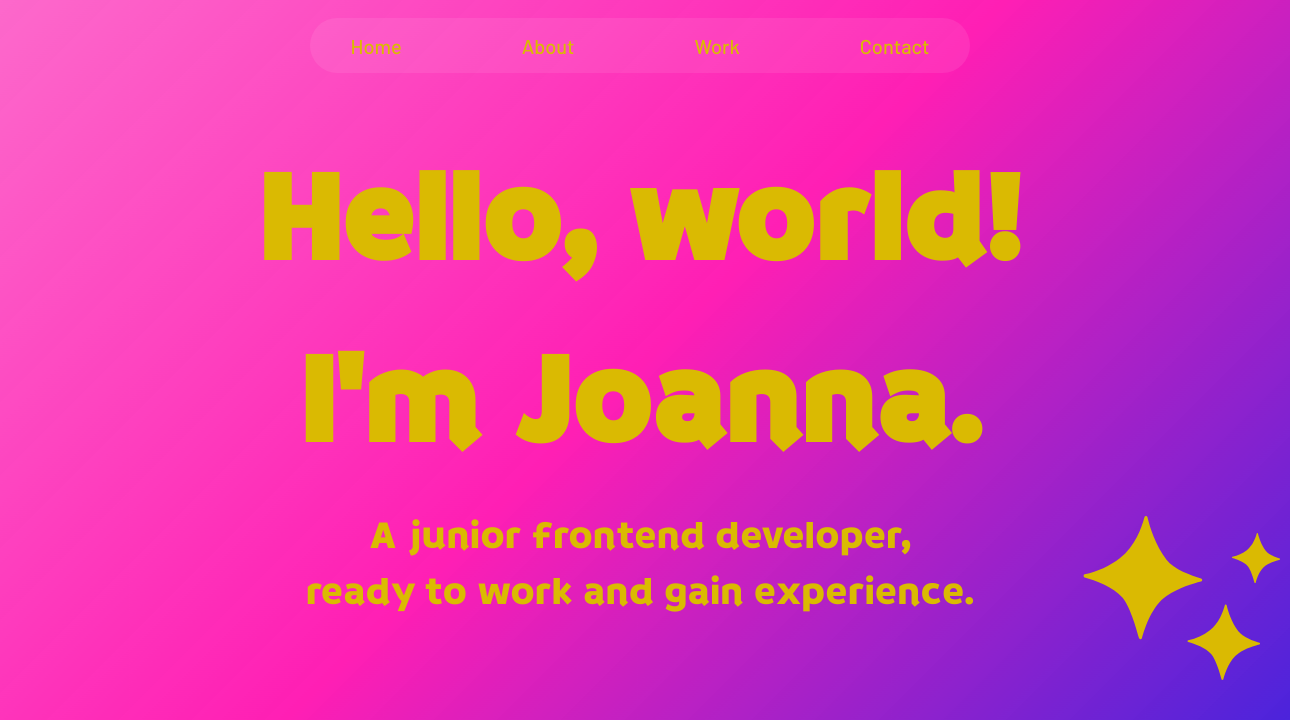
Repository: JJonka/portfolio_site
Page: /
An editor plug-in stored every save of this project. The page is shown before and after the next save, followed by the edit.
The browser window is 1280 px wide. The page is 1290 px wide, then 1280 px, then 1290 px, so the pictures cover 1290 px, including what lies to the right of the window. The pictures show the whole page.
The project was rebuilt for these pictures with package versions that can differ from the ones it lists, and the page was loaded fresh each time. Also part of the build but not shown: vite.config.ts, src/components/EndOfSection.module.scss, src/components/EndOfSection.tsx, src/pages/About.tsx, src/components/LogoIcon.module.scss, src/components/LogoIcon.tsx, src/pages/Contact.tsx, src/pages/Work.module.scss and 1 more.

Above is the page before, as saved 2023-10-08 12:30:35.

### index.html
<!doctype html>
<html lang="en">
  <head>
    <meta charset="UTF-8" />
    <link rel="icon" href="./src/assets/jj_logo.svg">
    <meta name="viewport" content="width=device-width, initial-scale=1.0" />
    <title>Joanna Jurasz - software developer</title>
  </head>
  <body>
    <div id="root"></div>
    <script type="module" src="/src/index.tsx"></script>
  </body>
</html>

### src/index.tsx
import React from 'react';
import ReactDOM from 'react-dom/client';
import App from './App';
import { BrowserRouter } from 'react-router-dom';


const root = ReactDOM.createRoot( document.getElementById('root') as HTMLElement);

root.render(
  <BrowserRouter>
    <App />
  </BrowserRouter>
);

### src/App.tsx
import { Routes, Route } from 'react-router-dom';
import HomePage from './pages/HomePage';
import About from './pages/About';
import Contact from './pages/Contact';
import Work from './pages/Work';
import './App.css'


const App = () => {
    return (
      <div>
      <div className='mainBackground' />
      <div className='layer1' />
      <div className='layer2' />

      <Routes>
        <Route path='/' element={ <HomePage /> } />
        <Route path='/about' element={ <About /> } />
        <Route path='/work' element={ <Work /> } />
        <Route path='/contact' element={ <Contact /> }/>
      </Routes>
      </div>
    )
}

export default App;

### src/pages/HomePage.tsx
import Menu from "../components/Menu";
import styles from "./HomePage.module.scss"

const  HomePage = () => {
    return (
      <div className={styles.card}>

        <div className={styles.container}>
        <Menu></Menu>

          <h1 className={styles.header}>Hello, world!<br />I'm Joanna.</h1>
          <h2 className={styles.introduction}>A junior frontend developer, <br />ready to work and gain experience.</h2>
          <img src="..\src\assets\stars.svg" className={styles.imgBottom}></img>
        </div>
      </div>
    )
}

export default HomePage;

### src/App.css
@font-face {
  font-family: 'Barlow-Light';
  src: url(/fonts/Barlow-Light.ttf);
}

@font-face {
	font-family: 'Barlow-Regular' ;
	src: url(/fonts/Barlow-Regular.ttf);
}

body {
	display: flex;
	flex-direction: column;
    align-items: center;
    font-family: 'Barlow-Light';
	text-align: center;
    padding-left: calc(100vw - 100%);
    --main-color: #daba02;
}

.mainBackground {
    background-image: linear-gradient(135deg, #fc79d0 10%, #ff00aaec 50% , #2719e0 85%);
    animation: slide 8s linear infinite alternate;
    animation-fill-mode: backwards;
    animation-delay: -1s;
    position: fixed;
    top: 0;
    bottom: 0;
    left: -50%;
    right: -50%;
    opacity: 0.95;
    z-index: -1;
}




@keyframes slide {
    0% {
        transform: translateX(-20%);
    }
    100% {
        transform: translateX(5%);
    }

}

### src/components/Menu.tsx
import styles from "./Menu.module.scss";
import  LinkToPage  from "./LinkToPage"

const Menu = () => {

    return (
        <div className={styles.menu}>
            <LinkToPage
                link = {'/'}
                urlTo = {"http://localhost:5173/"}
                linkTitle= {"Home"}
            ></LinkToPage>
            <LinkToPage
                link = {'/about'}
                urlTo = {"http://localhost:5173/about"}
                linkTitle= {"About"}
            ></LinkToPage>
            <LinkToPage
                link = {'/work'}
                urlTo = {"http://localhost:5173/work"}
                linkTitle= {"Work"}
            ></LinkToPage>
            <LinkToPage
                link = {'/contact'}
                urlTo = {"http://localhost:5173/contact"}
                linkTitle= {"Contact"}
            ></LinkToPage>
        </div>
    )
};

export default Menu;

### src/pages/HomePage.module.scss
@font-face {
    font-family: 'BraahOne-Regular';
    src: url(/fonts/BraahOne-Regular.ttf);
}

.header {
    color: var(--main-color);
    font-family: "BraahOne-Regular";
    font-size: 130px;
    margin-bottom: 10px;
    margin-top: 25px;
}

.introduction {
    color: var(--main-color);
    font-family: "BraahOne-Regular";
    font-size: 40px;
    font-weight: 50;
    margin-top: 5px;

}

.imgTop {
    position: absolute;
    top: 20px;
    left: 0;
    max-width: 40%;
    max-height: 40%;
    -webkit-transform: scaleX(-1);
    transform: scaleX(-1);
}

.imgBottom {
    position: absolute;
    bottom: 0;
    right: 0;
    max-width: 30%;
    max-height: 30%;
}

.container {
    display: flex;
    flex-direction: column;
    align-items: center;
    position: relative;
    width: 1300px;
    height: 700px;
}

.card {
    display: flex;
    flex-direction: column;
    align-items: center;
}

### src/pages/About.module.scss
@font-face {
	font-family: 'Barlow-Regular' ;
	src: url(/fonts/Barlow-Regular.ttf);
}

.card {
    display: flex;
    flex-direction: column;
    align-items: center;
}

.header {
    color: var(--main-color);
    font-family: "BraahOne-Regular";
    font-size: 100px;
    margin-bottom: 10px;
    margin-top: 15px;
}

.container {
    justify-content: center;
    display: flex;
    flex-direction: row;
    height: 450px;
    width: 1100px;
    gap: 50px;
    margin-bottom: 10px;
    margin-top: 20px;
}

.image {
    max-width: 90%;
    max-height: 90%;
}

.text {
    height: 400px;
    width: 550px;
    display: flex;
    flex-direction: column;
    align-items: center;
    justify-content: center;
}

.aboutMe {
    font-family: "Barlow-Regular";
    font-size: 20px;
    color:  rgb(3, 54, 121);
    margin: 0;
    padding: 30px;

}

.box {
    background-color: rgba(255, 255, 255, 0.16);
    border-color: var(--main-color);
    border-radius: 50px;
    border-style: solid;
    border-width: 2px;
    text-align: justify;
}

### src/pages/Contact.module.scss
@font-face {
	font-family: 'Barlow-Regular' ;
	src: url(/fonts/Barlow-Regular.ttf);
}
@font-face {
    font-family: 'Barlow-Medium';
    src: url(/fonts/Barlow-Medium.ttf);
}

.card {
    align-items: center;
    display: flex;
    flex-direction: column;
}

.container {
    display: flex;
    flex-direction: column;
    align-items: center;
    height: 500px;
    width: 1100px;
    margin-bottom: 100px;
}

.header {
    color: var(--main-color);
    font-family: "BraahOne-Regular";
    font-size: 70px;
    margin-bottom: 10px;
    margin-top: 30px;

}

.logos {
    display: flex;
    flex-direction: row;
    gap: 250px;
    margin-top: 50px;
    margin-bottom: 120px;
    justify-content: center;
    width: 1000px;
}

a {
    text-decoration: none;
}

### src/components/Menu.module.scss
@font-face {
    font-family: 'Barlow-Medium';
    src: url(/fonts/Barlow-Medium.ttf);
}


.menu {
    border-radius: 50px;
    font-family: 'Barlow-Medium';
    font-size: 20px;
    margin-top: 10px;
    margin-bottom: 30px;
    width: 620px;
    height: 15px;
    padding: 20px;
    display: flex;
    flex-direction: row;
    align-items: center;
    justify-content: center;
    column-gap: 30px;
    background-color:rgba(255, 255, 255, 0.083);;

}

### src/components/LinkToPage.tsx
import { Link } from "react-router-dom";
import styles from "./LinkToPage.module.scss"

interface LinkTo  {
    link: string
    urlTo: string
    linkTitle: string
}

const LinkToPage = (props: LinkTo) => {
    return (
        <div>
            <Link to={props.link} className={document.URL == props.urlTo ? styles.active : styles.link}>{props.linkTitle} </Link>
        </div>
    )
}

export default LinkToPage

### src/components/LinkToPage.module.scss
.link {
    text-decoration: none;
    color: var(--main-color);
    margin: 10px 25px;
    padding: 5px 20px;
}

.link:hover {
    margin: 10px 25px;
    padding: 5px 20px;
    background-color: rgba(255, 255, 255, 0.259);
    border-radius: 50px;
    transition: background-color 1s;
}

.active {
    text-decoration: none;
    color: var(--main-color);
    margin: 10px 25px;
    padding: 5px 20px;
    background-color: rgba(255, 255, 255, 0.259);
    border-radius: 50px;
}

After the next save:
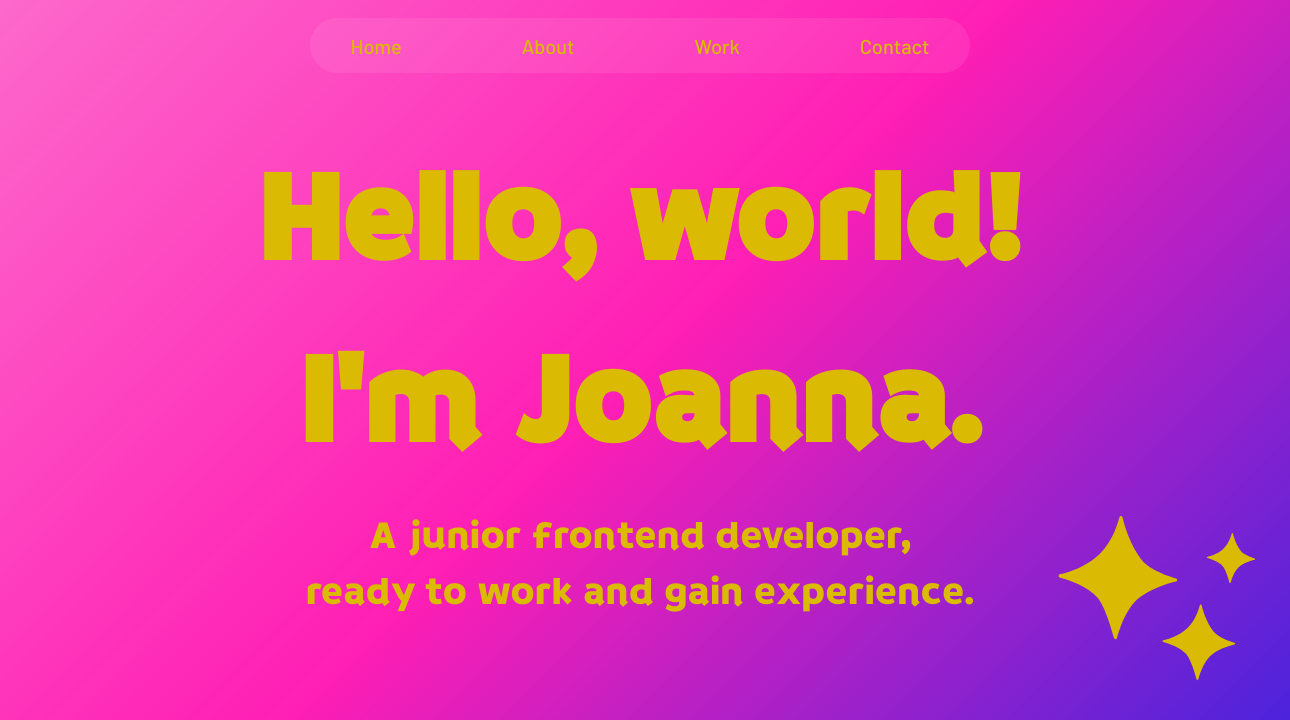
Saved 9 s later.
--- a/src/pages/HomePage.module.scss
+++ b/src/pages/HomePage.module.scss
@@ -43,7 +43,7 @@
     flex-direction: column;
     align-items: center;
     position: relative;
-    width: 1300px;
+    width: 1250px;
     height: 700px;
 }
 

After the save that followed:
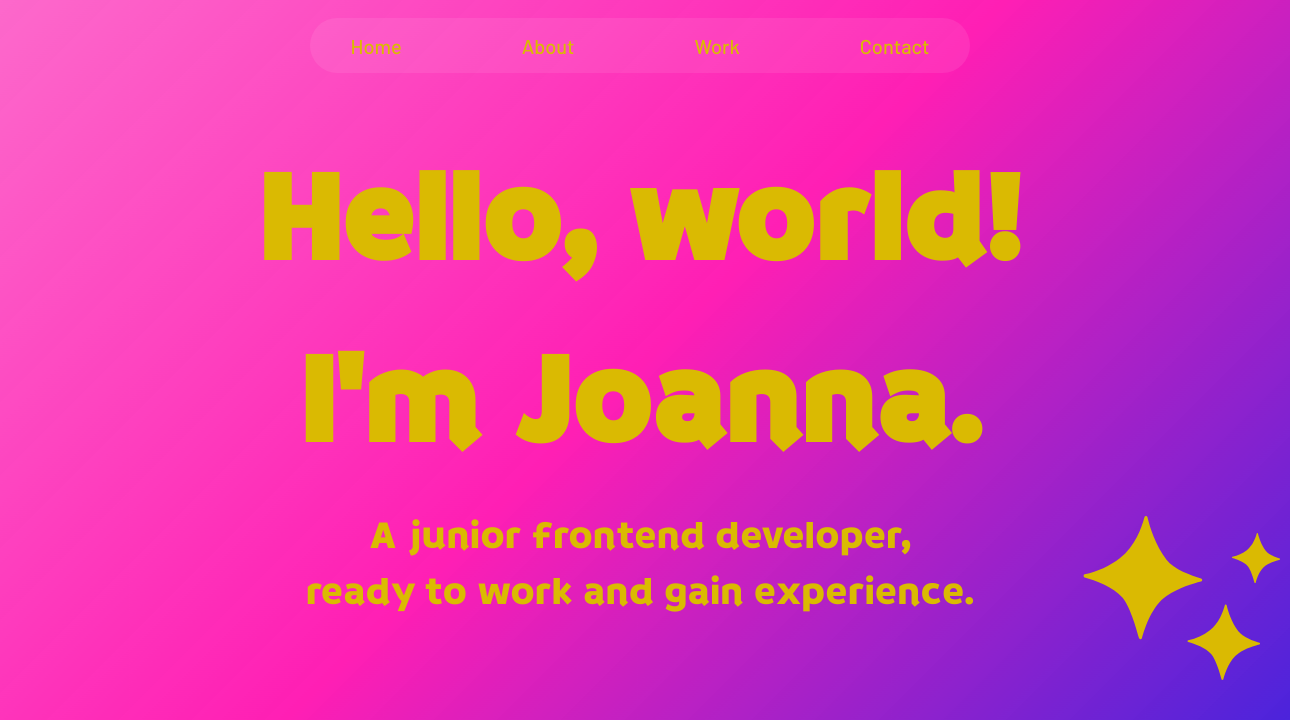
Saved 39 s later.
--- a/src/pages/HomePage.module.scss
+++ b/src/pages/HomePage.module.scss
@@ -43,7 +43,7 @@
     flex-direction: column;
     align-items: center;
     position: relative;
-    width: 1250px;
+    width: 1300px;
     height: 700px;
 }
 
